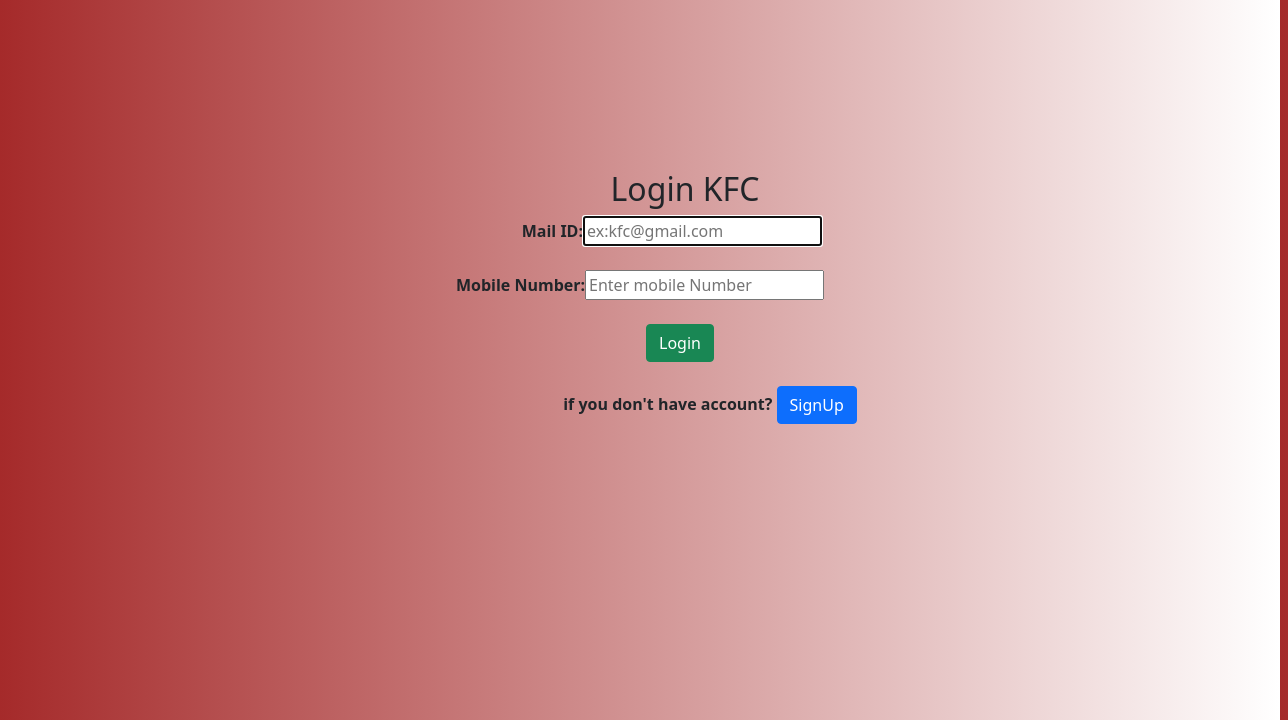
Repository: selvakumar46/Project-Maven
Page: http://localhost/ProjectKFC/login.jsp
The author's editor kept a copy of each file at every save. The page is drawn from the files as they stood at one save, then again after the next save.
The browser window is 1280 px wide. The page is 1288 px wide, then 1285 px, so the pictures cover 1288 px, including what lies to the right of the window. The pictures show the whole page.
Some web libraries are served in a nearby version. The page is served by Tomcat 9. Nobody is signed in. The application's start-up code is not run.

Above is the page before, as saved 2022-01-20 11:26:49.

After the next save:
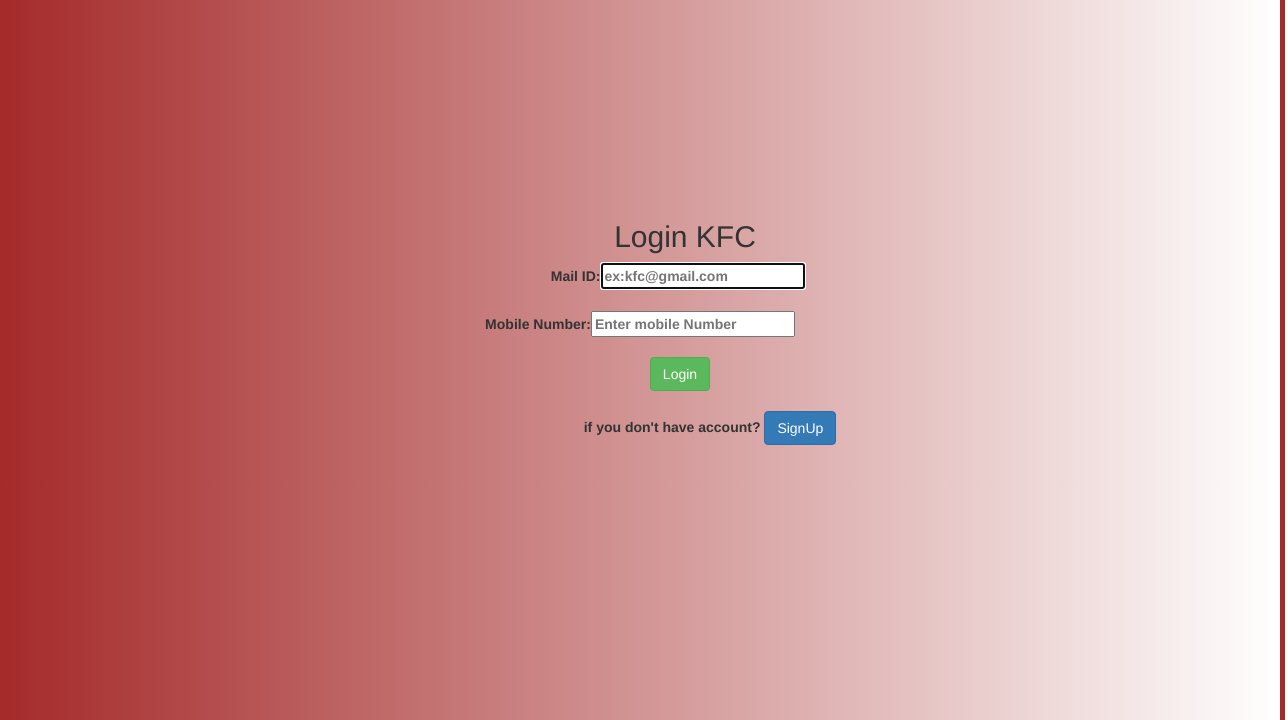
Console error (its wording comes from the project's code and is left out).
Saved 38 s later.
--- a/ProjectKFC/src/main/webapp/login.jsp
+++ b/ProjectKFC/src/main/webapp/login.jsp
@@ -9,7 +9,9 @@
 <title>Login KFC</title>
 <link href="https://cdn.jsdelivr.net/npm/bootstrap@5.1.3/dist/css/bootstrap.min.css" rel="stylesheet">
   <script src="https://cdn.jsdelivr.net/npm/bootstrap@5.1.3/dist/js/bootstrap.bundle.min.js"></script>
-  <script src="//code.jquery.com/jquery-1.11.1.min.js"></script>
+ <link href="//maxcdn.bootstrapcdn.com/bootstrap/3.3.0/css/bootstrap.min.css" rel="stylesheet" id="bootstrap-css">
+<script src="//maxcdn.bootstrapcdn.com/bootstrap/3.3.0/js/bootstrap.min.js"></script>
+<script src="//code.jquery.com/jquery-1.11.1.min.js"></script>
 <style>
 
 body {
